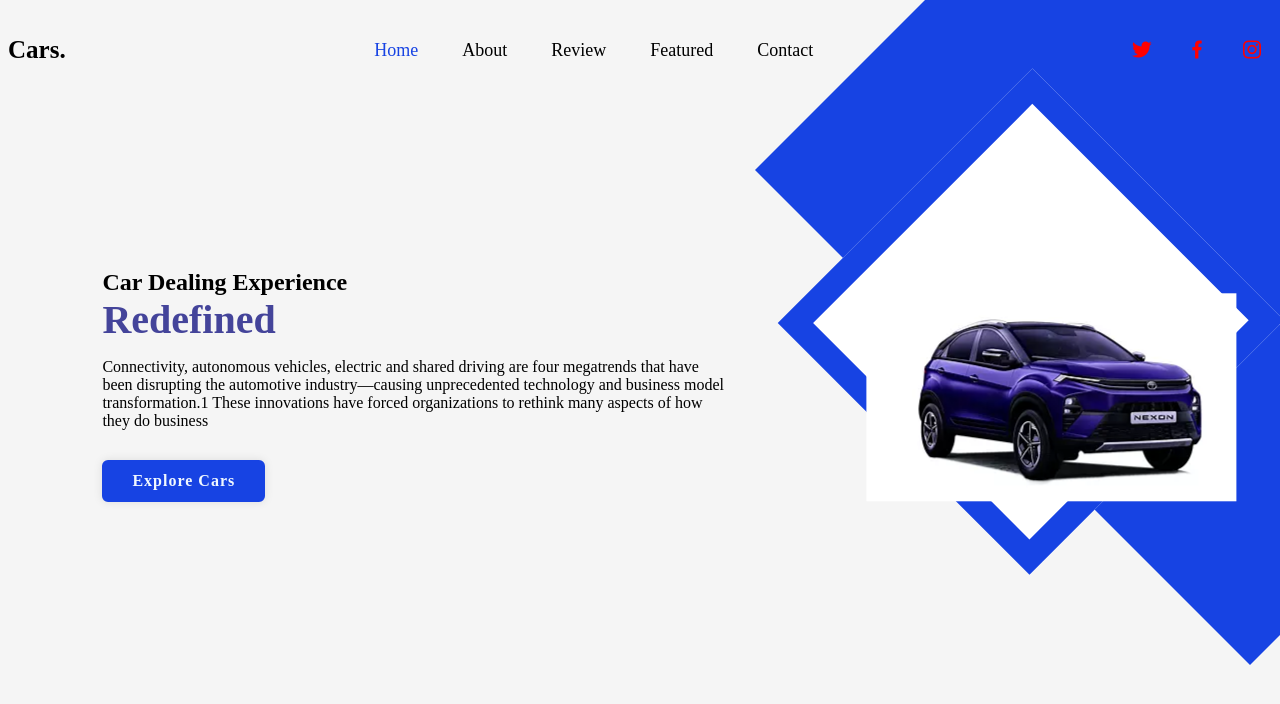
Repository: supriya123yadav/website-project
Page: index.html
These files come from the project's save history. The page is drawn as it stood at one moment and after the next save; the edit follows.
The browser window is 1280 px wide. The pictures show the whole page.

Above is the page before, as saved 2024-07-11 19:39:41.

### index.html
<!DOCTYPE html>
<html lang="en">
<head>
    <meta charset="UTF-8">
    <meta http-equiv="X-UA">
    <meta name="viewport" content="width=device-width, initial-scale=1.0">
    <title>Job Website Template</title>
    <link rel="stylesheet" href="style.css">
    <link href='https://unpkg.com/boxicons@2.1.4/css/boxicons.min.css' rel='stylesheet'>

</head>
<body>
    <header class="header">
        <a href="#" class="logo">Cars.</a>

        <nav class="navbar">
            <a href="#" class="active">Home</a>
            <a href="#">About</a>
            <a href="#">Review</a>
            <a href="#">Featured</a>
            <a href="#">Contact</a>
        </nav>

        <div class="social-media">
            <a href="#"><i class='bx bxl-twitter'></i></a>
            <a href="#"><i class='bx bxl-facebook' ></i></a>
            <a href="#"><i class='bx bxl-instagram' ></i></a>
        </div>
    </header>
    <section class="home">
        <div class="home-content">
            <h1>Car Dealing Experience</h1>
            <h3>Redefined</h3>
            <p>Connectivity, autonomous vehicles, electric and shared
             driving are four megatrends that have been disrupting the
             automotive industry—causing unprecedented technology
             and business model transformation.1 These innovations
             have forced organizations to rethink many aspects of how
             they do business</p>
             <a href="#" class="btn">Explore Cars</a>
        </div>
        <div class="home-img">
            <div class="rhombus">
                <img src="website car.webp" alt="">
            </div>
        </div>
        <div class="rhombus2"></div>
    </section>

</body>
</html>

### style.css
*{
    margin: 0;
    padding: 0;
    box-sizing: border-box;
    font-family: 'Poppins', bold;
}
body{
    background: whitesmoke;
}
.header{
    position: fixed;
    top: 0;
    left: 0;
    width: 100%;
    padding: 30px 8px;
    background: transparent;
    display: flex;
    justify-content: space-between;
    align-items: center;
    z-index: 100;
}
.logo{
    font-size: 25px;
    color: black;
    text-decoration: none;
    font-weight: 600;
}
.navbar a {
    font-size: 18px;
    color: black;
    text-decoration: none;
    font-weight: 500;
    margin: 0 20px;
    transition: rgb(61, 61, 152);
}

.navbar a:hover,
.navbar a.active{
    color: #1743e3;
}
.social-media{
    display: flex;
    justify-content: space-between;
    width: 150px;
    height: 40px;

}
.social-media a {
    display: inline-flex;
    justify-content: center;
    align-items: center;
    width: 40px;
    height: 40px;
    background: transparent;
    border: 2px solid transparent;
    text-decoration: none;
    transform: rotate(45deg);
    transition: .5s;
}
.social-media a i {
    font-size: 24px;
    color: red;
    transform: rotate(-45deg);
}
.social-media a:hover {
    border-color: red;
}
.home {
    position: relative;
    width: 100%;
    height: 100vh;
    display: flex;
    justify-content: space-between;
    align-items: center;
    padding: 50px 8% 0;
    overflow: hidden;
}
.home-content {
    max-width: 630px;
}
.home-content h3 {
    font-size: 40px;
    color: rgb(68, 68, 154);
}
.home-content p {
    font-size: 16px;
    margin: 15px 0 30px;
}
.btn {
    display: inline-block;
    padding: 10px 28px;
    background: #1743e3;
    border-radius: 6px;
    border: 2px solid #1743e3;
    box-shadow: 0 0 10px rgba(0, 0, 0, .1);
    font-size: 16px;
    color: aliceblue;
    letter-spacing: 1px;
    text-decoration: none;
    font-weight: 600;
}
.btn:hover {
    background: transparent;
    color: #1743e3;
}
.home-img {
    position: relative;
    right: -7%;
    width: 450px;
    height: 450px;
    transform: rotate(45deg);
}
.home-img .rhombus {
    position: absolute;
    width: 80%;
    height: 80%;
    background: white;
    border: 25px solid #1743e3;
    box-shadow: -15px 15px 15px rgba(0, 0, 0, -2);

}

.home-img .rhombus img {
    position: absolute;
    top: 90px;
    bottom: -100px;
    right: -100px;
    max-width: 800px;
    transform: rotate(-45deg);
}
.home .rhombus2 {
    position: absolute;
    top: -25%;
    right: -25%;
    width: 700px;
    height: 700px;
    background: #1743e3;
    transform: rotate(45deg);
    z-index: -1;
}

After the next save:
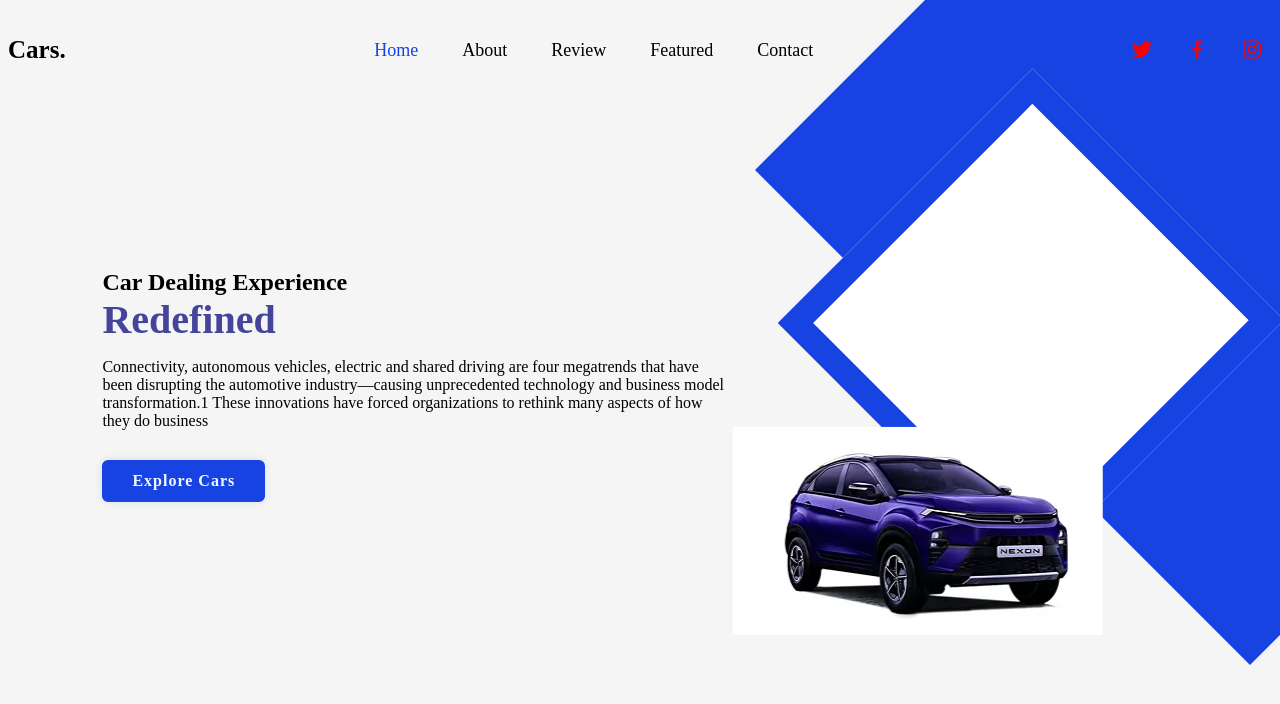
Saved 66 s later.
--- a/style.css
+++ b/style.css
@@ -122,7 +122,7 @@
 
 .home-img .rhombus img {
     position: absolute;
-    top: 90px;
+    top: 90%;
     bottom: -100px;
     right: -100px;
     max-width: 800px;
